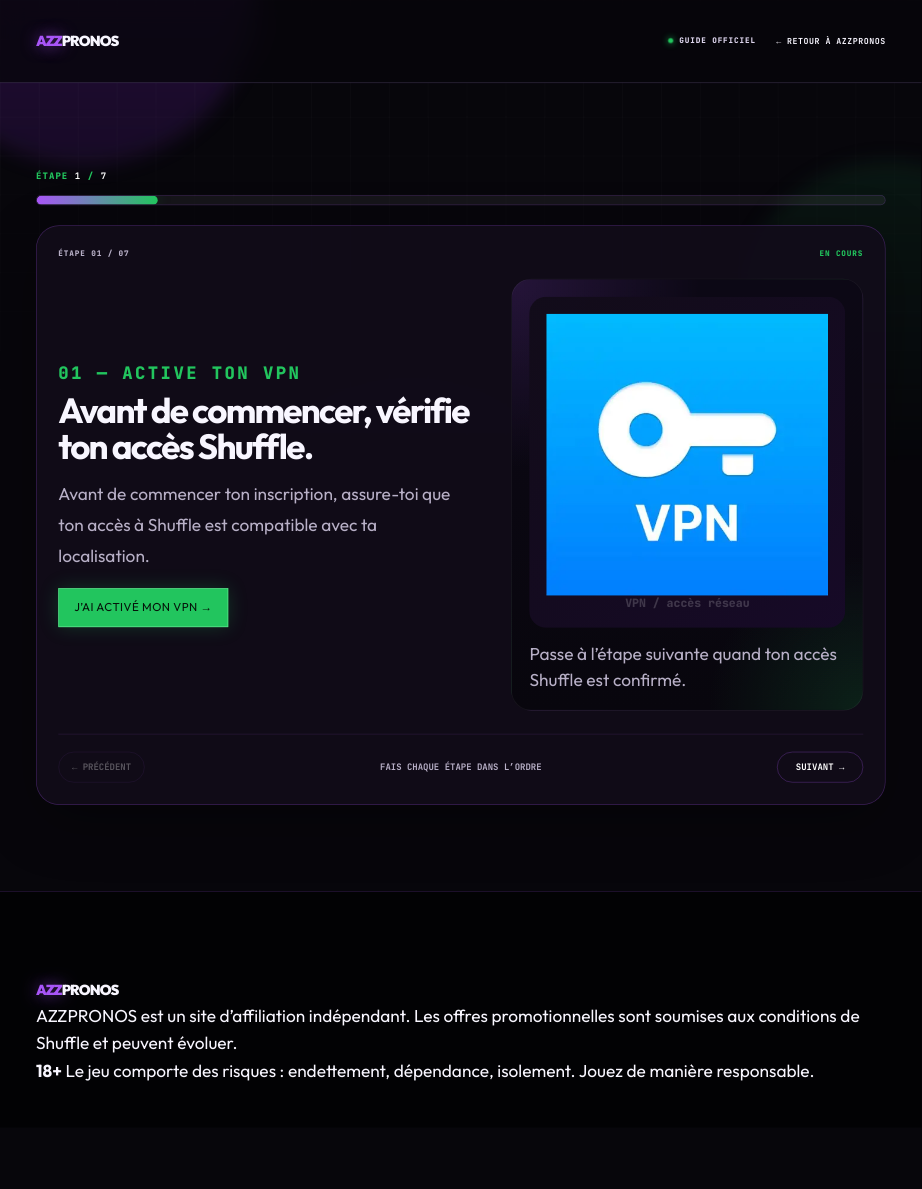
Repository: Yxniiss/siteAzpronos
Page: tutoriel.html
An editor plug-in stored every save of this project. The page is shown before and after the next save, followed by the edit.
The browser window is 1280 px wide. The pictures show the whole page, at 72% of full size.
After loading, the first visible `button.tutorial-start-button` was clicked once.
The page's requests for data from a server got no answer.

Above is the page before, as saved 2026-08-10 14:14:19.

After the next save:
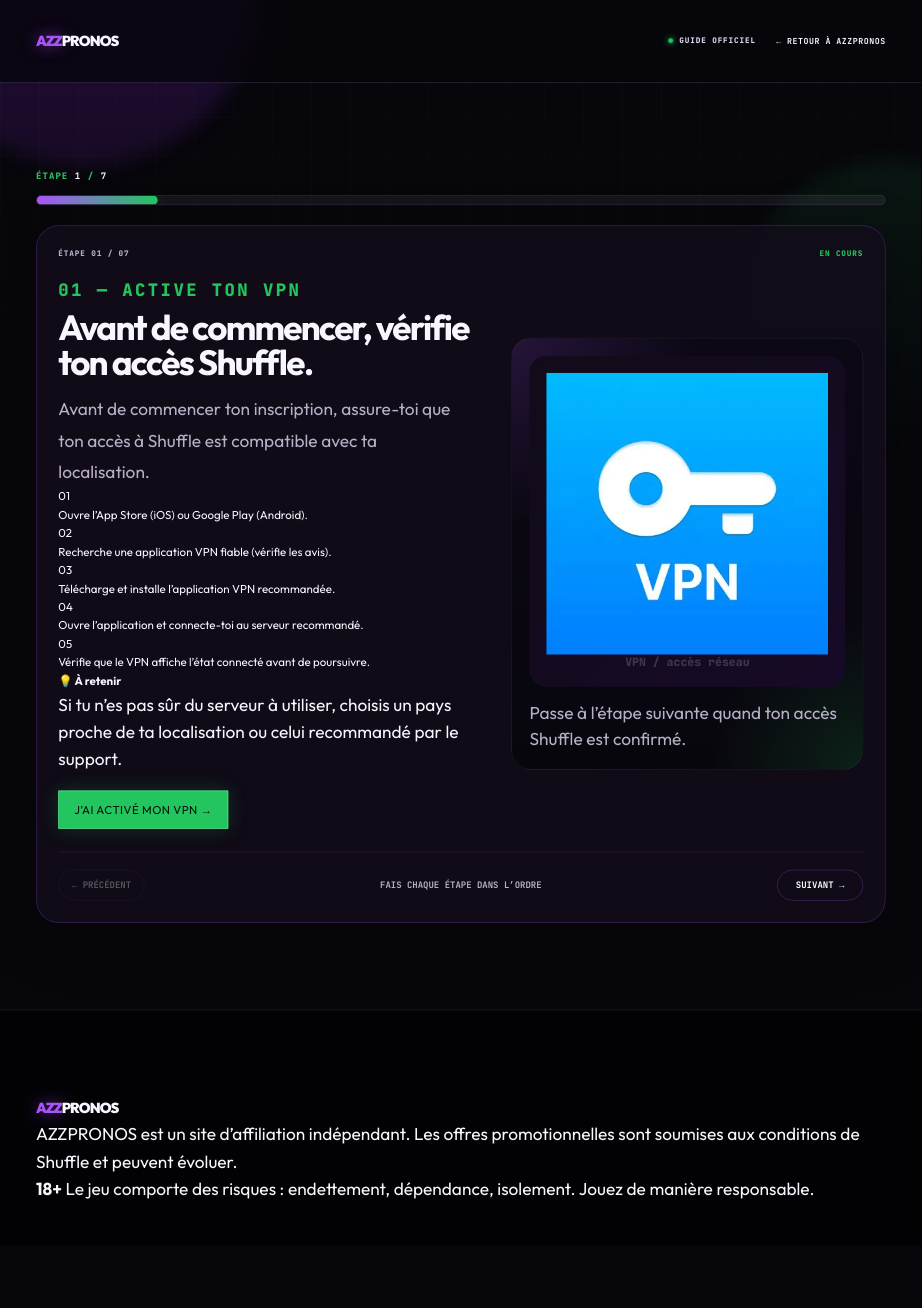
Saved 19 s later.
--- a/tutorial.js
+++ b/tutorial.js
@@ -195,6 +195,28 @@
             img.alt = step.imageLabel || 'Illustration de l’étape';
         }
         stepCaption.textContent = step.caption;
+        // render tasks (numbered action cards)
+        const tasksContainer = document.querySelector('.tutorial-step-tasks');
+        const tipContainer = document.querySelector('.tutorial-step-tip');
+        tasksContainer.innerHTML = '';
+        tipContainer.innerHTML = '';
+        if (Array.isArray(step.tasks) && step.tasks.length) {
+            const list = document.createElement('div');
+            list.className = 'tutorial-task-list';
+            step.tasks.forEach((t, i) => {
+                const card = document.createElement('div');
+                card.className = 'tutorial-task-card';
+                card.innerHTML = `<div class="task-number">${String(i+1).padStart(2,'0')}</div><div class="task-body">${t}</div>`;
+                list.appendChild(card);
+            });
+            tasksContainer.appendChild(list);
+        }
+        if (step.tip) {
+            const tip = document.createElement('div');
+            tip.className = 'tutorial-tip-box';
+            tip.innerHTML = `<strong>💡 À retenir</strong><p>${step.tip}</p>`;
+            tipContainer.appendChild(tip);
+        }
         stepStatus.textContent = activeStep === stepCount - 1 ? 'DERNIÈRE ÉTAPE' : 'EN COURS';
         prevButton.disabled = activeStep === 0;
         nextButton.innerHTML = activeStep === stepCount - 1 ? 'TERMINER <b>→</b>' : 'SUIVANT <b>→</b>';
